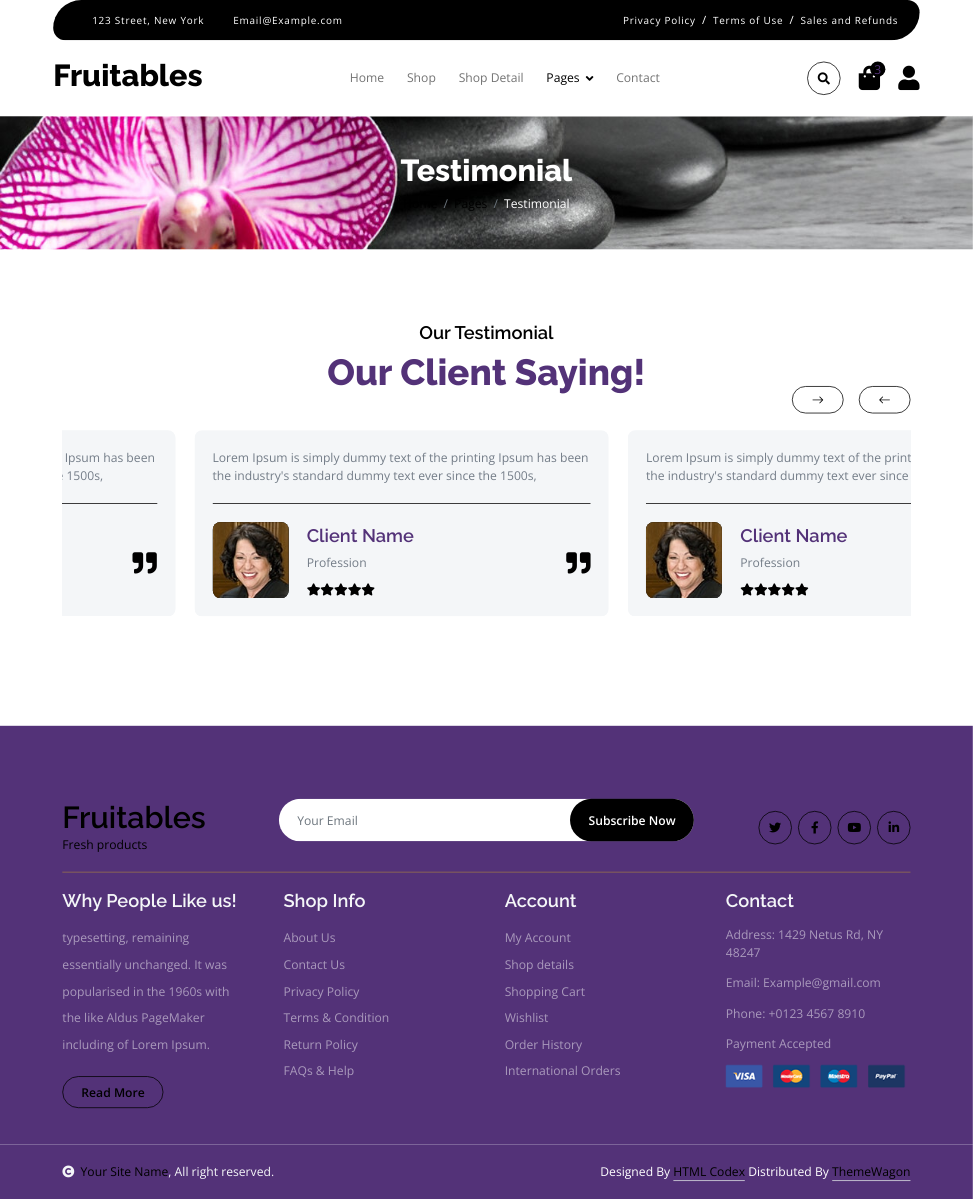
Repository: ChristhurasaRoshan/Maxiyux-New
Page: testimonial.html
The author's editor kept a copy of each file at every save. The page is drawn from the files as they stood at one save, then again after the next save.
The browser window is 1280 px wide. The pictures show the whole page, at 76% of full size.
Some web libraries are served in a nearby version.

Above is the page before, as saved 2024-10-07 13:43:56.

### testimonial.html
<!DOCTYPE html>
<html lang="en">

    <head>
        <meta charset="utf-8">
        <title>Fruitables - Vegetable Website Template</title>
        <meta content="width=device-width, initial-scale=1.0" name="viewport">
        <meta content="" name="keywords">
        <meta content="" name="description">

        <!-- Google Web Fonts -->
        <link rel="preconnect" href="https://fonts.googleapis.com">
        <link rel="preconnect" href="https://fonts.gstatic.com" crossorigin>
        <link href="https://fonts.googleapis.com/css2?family=Open+Sans:wght@400;600&family=Raleway:wght@600;800&display=swap" rel="stylesheet">

        <!-- Icon Font Stylesheet -->
        <link rel="stylesheet" href="https://use.fontawesome.com/releases/v5.15.4/css/all.css"/>
        <link href="https://cdn.jsdelivr.net/npm/bootstrap-icons@1.4.1/font/bootstrap-icons.css" rel="stylesheet">

        <!-- Libraries Stylesheet -->
        <link href="lib/lightbox/css/lightbox.min.css" rel="stylesheet">
        <link href="lib/owlcarousel/assets/owl.carousel.min.css" rel="stylesheet">


        <!-- Customized Bootstrap Stylesheet -->
        <link href="css/bootstrap.min.css" rel="stylesheet">

        <!-- Template Stylesheet -->
        <link href="css/style.css" rel="stylesheet">
    </head>

    <body>

        <!-- Spinner Start -->
        <div id="spinner" class="show w-100 vh-100 bg-white position-fixed translate-middle top-50 start-50  d-flex align-items-center justify-content-center">
            <div class="spinner-grow text-primary" role="status"></div>
        </div>
        <!-- Spinner End -->


        <!-- Navbar start -->
        <div class="container-fluid fixed-top">
            <div class="container topbar bg-primary d-none d-lg-block">
                <div class="d-flex justify-content-between">
                    <div class="top-info ps-2">
                        <small class="me-3"><i class="fas fa-map-marker-alt me-2 text-secondary"></i> <a href="#" class="text-white">123 Street, New York</a></small>
                        <small class="me-3"><i class="fas fa-envelope me-2 text-secondary"></i><a href="#" class="text-white">Email@Example.com</a></small>
                    </div>
                    <div class="top-link pe-2">
                        <a href="#" class="text-white"><small class="text-white mx-2">Privacy Policy</small>/</a>
                        <a href="#" class="text-white"><small class="text-white mx-2">Terms of Use</small>/</a>
                        <a href="#" class="text-white"><small class="text-white ms-2">Sales and Refunds</small></a>
                    </div>
                </div>
            </div>
            <div class="container px-0">
                <nav class="navbar navbar-light bg-white navbar-expand-xl">
                    <a href="index.html" class="navbar-brand"><h1 class="text-primary display-6">Fruitables</h1></a>
                    <button class="navbar-toggler py-2 px-3" type="button" data-bs-toggle="collapse" data-bs-target="#navbarCollapse">
                        <span class="fa fa-bars text-primary"></span>
                    </button>
                    <div class="collapse navbar-collapse bg-white" id="navbarCollapse">
                        <div class="navbar-nav mx-auto">
                            <a href="index.html" class="nav-item nav-link">Home</a>
                            <a href="shop.html" class="nav-item nav-link">Shop</a>
                            <a href="shop-detail.html" class="nav-item nav-link">Shop Detail</a>
                            <div class="nav-item dropdown">
                                <a href="#" class="nav-link dropdown-toggle active" data-bs-toggle="dropdown">Pages</a>
                                <div class="dropdown-menu m-0 bg-secondary rounded-0">
                                    <a href="cart.html" class="dropdown-item">Cart</a>
                                    <a href="chackout.html" class="dropdown-item">Chackout</a>
                                    <a href="testimonial.html" class="dropdown-item active">Testimonial</a>
                                    <a href="404.html" class="dropdown-item">404 Page</a>
                                </div>
                            </div>
                            <a href="contact.html" class="nav-item nav-link">Contact</a>
                        </div>
                        <div class="d-flex m-3 me-0">
                            <button class="btn-search btn border border-secondary btn-md-square rounded-circle bg-white me-4" data-bs-toggle="modal" data-bs-target="#searchModal"><i class="fas fa-search text-primary"></i></button>
                            <a href="#" class="position-relative me-4 my-auto">
                                <i class="fa fa-shopping-bag fa-2x"></i>
                                <span class="position-absolute bg-secondary rounded-circle d-flex align-items-center justify-content-center text-dark px-1" style="top: -5px; left: 15px; height: 20px; min-width: 20px;">3</span>
                            </a>
                            <a href="#" class="my-auto">
                                <i class="fas fa-user fa-2x"></i>
                            </a>
                        </div>
                    </div>
                </nav>
            </div>
        </div>
        <!-- Navbar End -->


        <!-- Modal Search Start -->
        <div class="modal fade" id="searchModal" tabindex="-1" aria-labelledby="exampleModalLabel" aria-hidden="true">
            <div class="modal-dialog modal-fullscreen">
                <div class="modal-content rounded-0">
                    <div class="modal-header">
                        <h5 class="modal-title" id="exampleModalLabel">Search by keyword</h5>
                        <button type="button" class="btn-close" data-bs-dismiss="modal" aria-label="Close"></button>
                    </div>
                    <div class="modal-body d-flex align-items-center">
                        <div class="input-group w-75 mx-auto d-flex">
                            <input type="search" class="form-control p-3" placeholder="keywords" aria-describedby="search-icon-1">
                            <span id="search-icon-1" class="input-group-text p-3"><i class="fa fa-search"></i></span>
                        </div>
                    </div>
                </div>
            </div>
        </div>
        <!-- Modal Search End -->


        <!-- Single Page Header start -->
        <div class="container-fluid page-header py-5">
            <h1 class="text-center text-white display-6">Testimonial</h1>
            <ol class="breadcrumb justify-content-center mb-0">
                <li class="breadcrumb-item"><a href="#">Home</a></li>
                <li class="breadcrumb-item"><a href="#">Pages</a></li>
                <li class="breadcrumb-item active text-white">Testimonial</li>
            </ol>
        </div>
        <!-- Single Page Header End -->


        <!-- Tastimonial Start -->
        <div class="container-fluid testimonial py-5">
            <div class="container py-5">
                <div class="testimonial-header text-center">
                    <h4 class="text-primary">Our Testimonial</h4>
                    <h1 class="display-5 mb-5 text-dark">Our Client Saying!</h1>
                </div>
                <div class="owl-carousel testimonial-carousel">
                    <div class="testimonial-item img-border-radius bg-light rounded p-4">
                        <div class="position-relative">
                            <i class="fa fa-quote-right fa-2x text-secondary position-absolute" style="bottom: 30px; right: 0;"></i>
                            <div class="mb-4 pb-4 border-bottom border-secondary">
                                <p class="mb-0">Lorem Ipsum is simply dummy text of the printing Ipsum has been the industry's standard dummy text ever since the 1500s,
                                </p>
                            </div>
                            <div class="d-flex align-items-center flex-nowrap">
                                <div class="bg-secondary rounded">
                                    <img src="img/testimonial-1.jpg" class="img-fluid rounded" style="width: 100px; height: 100px;" alt="">
                                </div>
                                <div class="ms-4 d-block">
                                    <h4 class="text-dark">Client Name</h4>
                                    <p class="m-0 pb-3">Profession</p>
                                    <div class="d-flex pe-5">
                                        <i class="fas fa-star text-primary"></i>
                                        <i class="fas fa-star text-primary"></i>
                                        <i class="fas fa-star text-primary"></i>
                                        <i class="fas fa-star text-primary"></i>
                                        <i class="fas fa-star"></i>
                                    </div>
                                </div>
                            </div>
                        </div>
                    </div>
                    <div class="testimonial-item img-border-radius bg-light rounded p-4">
                        <div class="position-relative">
                            <i class="fa fa-quote-right fa-2x text-secondary position-absolute" style="bottom: 30px; right: 0;"></i>
                            <div class="mb-4 pb-4 border-bottom border-secondary">
                                <p class="mb-0">Lorem Ipsum is simply dummy text of the printing Ipsum has been the industry's standard dummy text ever since the 1500s,
                                </p>
                            </div>
                            <div class="d-flex align-items-center flex-nowrap">
                                <div class="bg-secondary rounded">
                                    <img src="img/testimonial-1.jpg" class="img-fluid rounded" style="width: 100px; height: 100px;" alt="">
                                </div>
                                <div class="ms-4 d-block">
                                    <h4 class="text-dark">Client Name</h4>
                                    <p class="m-0 pb-3">Profession</p>
                                    <div class="d-flex pe-5">
                                        <i class="fas fa-star text-primary"></i>
                                        <i class="fas fa-star text-primary"></i>
                                        <i class="fas fa-star text-primary"></i>
                                        <i class="fas fa-star text-primary"></i>
                                        <i class="fas fa-star text-primary"></i>
                                    </div>
                                </div>
                            </div>
                        </div>
                    </div>
                    <div class="testimonial-item img-border-radius bg-light rounded p-4">
                        <div class="position-relative">
                            <i class="fa fa-quote-right fa-2x text-secondary position-absolute" style="bottom: 30px; right: 0;"></i>
                            <div class="mb-4 pb-4 border-bottom border-secondary">
                                <p class="mb-0">Lorem Ipsum is simply dummy text of the printing Ipsum has been the industry's standard dummy text ever since the 1500s,
                                </p>
                            </div>
                            <div class="d-flex align-items-center flex-nowrap">
                                <div class="bg-secondary rounded">
                                    <img src="img/testimonial-1.jpg" class="img-fluid rounded" style="width: 100px; height: 100px;" alt="">
                                </div>
                                <div class="ms-4 d-block">
                                    <h4 class="text-dark">Client Name</h4>
                                    <p class="m-0 pb-3">Profession</p>
                                    <div class="d-flex pe-5">
                                        <i class="fas fa-star text-primary"></i>
                                        <i class="fas fa-star text-primary"></i>
                                        <i class="fas fa-star text-primary"></i>
                                        <i class="fas fa-star text-primary"></i>
                                        <i class="fas fa-star text-primary"></i>
                                    </div>
                                </div>
                            </div>
                        </div>
                    </div>
                </div>
            </div>
        </div>
        <!-- Tastimonial End -->


        <!-- Footer Start -->
        <div class="container-fluid bg-dark text-white-50 footer pt-5 mt-5">
            <div class="container py-5">
                <div class="pb-4 mb-4" style="border-bottom: 1px solid rgba(226, 175, 24, 0.5) ;">
                    <div class="row g-4">
                        <div class="col-lg-3">
                            <a href="#">
                                <h1 class="text-primary mb-0">Fruitables</h1>
                                <p class="text-secondary mb-0">Fresh products</p>
                            </a>
                        </div>
                        <div class="col-lg-6">
                            <div class="position-relative mx-auto">
                                <input class="form-control border-0 w-100 py-3 px-4 rounded-pill" type="number" placeholder="Your Email">
                                <button type="submit" class="btn btn-primary border-0 border-secondary py-3 px-4 position-absolute rounded-pill text-white" style="top: 0; right: 0;">Subscribe Now</button>
                            </div>
                        </div>
                        <div class="col-lg-3">
                            <div class="d-flex justify-content-end pt-3">
                                <a class="btn  btn-outline-secondary me-2 btn-md-square rounded-circle" href=""><i class="fab fa-twitter"></i></a>
                                <a class="btn btn-outline-secondary me-2 btn-md-square rounded-circle" href=""><i class="fab fa-facebook-f"></i></a>
                                <a class="btn btn-outline-secondary me-2 btn-md-square rounded-circle" href=""><i class="fab fa-youtube"></i></a>
                                <a class="btn btn-outline-secondary btn-md-square rounded-circle" href=""><i class="fab fa-linkedin-in"></i></a>
                            </div>
                        </div>
                    </div>
                </div>
                <div class="row g-5">
                    <div class="col-lg-3 col-md-6">
                        <div class="footer-item">
                            <h4 class="text-light mb-3">Why People Like us!</h4>
                            <p class="mb-4">typesetting, remaining essentially unchanged. It was
                                popularised in the 1960s with the like Aldus PageMaker including of Lorem Ipsum.</p>
                            <a href="" class="btn border-secondary py-2 px-4 rounded-pill text-primary">Read More</a>
                        </div>
                    </div>
                    <div class="col-lg-3 col-md-6">
                        <div class="d-flex flex-column text-start footer-item">
                            <h4 class="text-light mb-3">Shop Info</h4>
                            <a class="btn-link" href="">About Us</a>
                            <a class="btn-link" href="">Contact Us</a>
                            <a class="btn-link" href="">Privacy Policy</a>
                            <a class="btn-link" href="">Terms & Condition</a>
                            <a class="btn-link" href="">Return Policy</a>
                            <a class="btn-link" href="">FAQs & Help</a>
                        </div>
                    </div>
                    <div class="col-lg-3 col-md-6">
                        <div class="d-flex flex-column text-start footer-item">
                            <h4 class="text-light mb-3">Account</h4>
                            <a class="btn-link" href="">My Account</a>
                            <a class="btn-link" href="">Shop details</a>
                            <a class="btn-link" href="">Shopping Cart</a>
                            <a class="btn-link" href="">Wishlist</a>
                            <a class="btn-link" href="">Order History</a>
                            <a class="btn-link" href="">International Orders</a>
                        </div>
                    </div>
                    <div class="col-lg-3 col-md-6">
                        <div class="footer-item">
                            <h4 class="text-light mb-3">Contact</h4>
                            <p>Address: 1429 Netus Rd, NY 48247</p>
                            <p>Email: Example@gmail.com</p>
                            <p>Phone: +0123 4567 8910</p>
                            <p>Payment Accepted</p>
                            <img src="img/payment.png" class="img-fluid" alt="">
                        </div>
                    </div>
                </div>
            </div>
        </div>
        <!-- Footer End -->

        <!-- Copyright Start -->
        <div class="container-fluid copyright bg-dark py-4">
            <div class="container">
                <div class="row">
                    <div class="col-md-6 text-center text-md-start mb-3 mb-md-0">
                        <span class="text-light"><a href="#"><i class="fas fa-copyright text-light me-2"></i>Your Site Name</a>, All right reserved.</span>
                    </div>
                    <div class="col-md-6 my-auto text-center text-md-end text-white">
                        <!--/*** This template is free as long as you keep the below author’s credit link/attribution link/backlink. ***/-->
                        <!--/*** If you'd like to use the template without the below author’s credit link/attribution link/backlink, ***/-->
                        <!--/*** you can purchase the Credit Removal License from "https://htmlcodex.com/credit-removal". ***/-->
                        Designed By <a class="border-bottom" href="https://htmlcodex.com">HTML Codex</a> Distributed By <a class="border-bottom" href="https://themewagon.com">ThemeWagon</a>
                    </div>
                </div>
            </div>
        </div>
        <!-- Copyright End -->



        <!-- Back to Top -->
        <a href="#" class="btn btn-primary border-3 border-primary rounded-circle back-to-top"><i class="fa fa-arrow-up"></i></a>


    <!-- JavaScript Libraries -->
    <script src="https://ajax.googleapis.com/ajax/libs/jquery/3.6.4/jquery.min.js"></script>
    <script src="https://cdn.jsdelivr.net/npm/bootstrap@5.0.0/dist/js/bootstrap.bundle.min.js"></script>
    <script src="lib/easing/easing.min.js"></script>
    <script src="lib/waypoints/waypoints.min.js"></script>
    <script src="lib/lightbox/js/lightbox.min.js"></script>
    <script src="lib/owlcarousel/owl.carousel.min.js"></script>

    <!-- Template Javascript -->
    <script src="js/main.js"></script>
    </body>

</html>

Loaded but not shown: lib/lightbox/css/lightbox.min.css (common file); lib/owlcarousel/assets/owl.carousel.min.css (common file); css/bootstrap.min.css (library); lib/easing/easing.min.js (common file); lib/waypoints/waypoints.min.js (library); lib/lightbox/js/lightbox.min.js (library); lib/owlcarousel/owl.carousel.min.js (library); js/main.js (150 lines, source omitted); css/style.css (633 lines, source omitted)

After the next save:
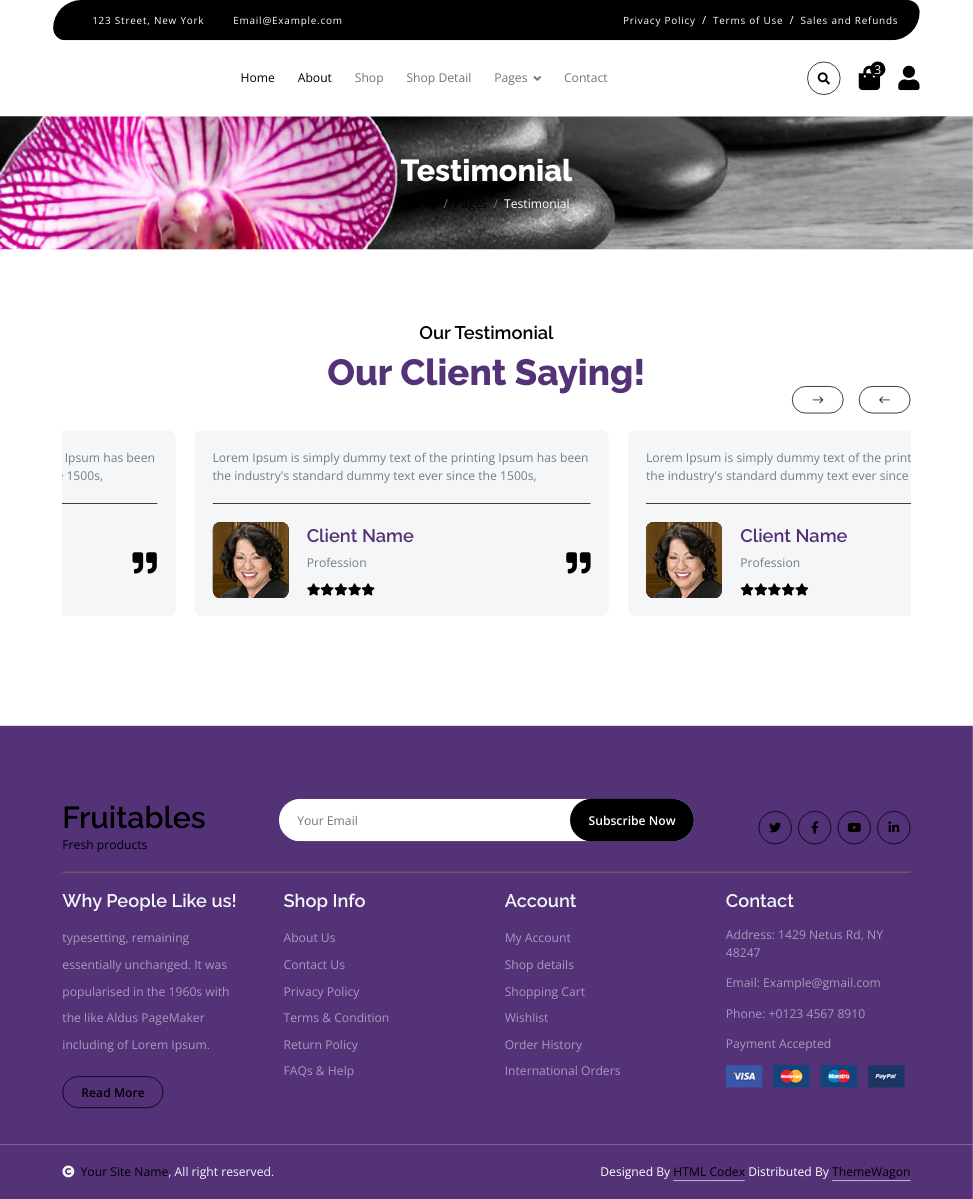
Saved 8 s later.
--- a/testimonial.html
+++ b/testimonial.html
@@ -55,22 +55,23 @@
             </div>
             <div class="container px-0">
                 <nav class="navbar navbar-light bg-white navbar-expand-xl">
-                    <a href="index.html" class="navbar-brand"><h1 class="text-primary display-6">Fruitables</h1></a>
+                    <!-- <img src="img/logo.png"> -->
                     <button class="navbar-toggler py-2 px-3" type="button" data-bs-toggle="collapse" data-bs-target="#navbarCollapse">
                         <span class="fa fa-bars text-primary"></span>
                     </button>
                     <div class="collapse navbar-collapse bg-white" id="navbarCollapse">
                         <div class="navbar-nav mx-auto">
-                            <a href="index.html" class="nav-item nav-link">Home</a>
+                            <a href="index.html" class="nav-item nav-link active">Home</a>
+                            <a href="about.html" class="nav-item nav-link active">About</a>
                             <a href="shop.html" class="nav-item nav-link">Shop</a>
                             <a href="shop-detail.html" class="nav-item nav-link">Shop Detail</a>
                             <div class="nav-item dropdown">
-                                <a href="#" class="nav-link dropdown-toggle active" data-bs-toggle="dropdown">Pages</a>
+                                <a href="#" class="nav-link dropdown-toggle" data-bs-toggle="dropdown">Pages</a>
                                 <div class="dropdown-menu m-0 bg-secondary rounded-0">
                                     <a href="cart.html" class="dropdown-item">Cart</a>
                                     <a href="chackout.html" class="dropdown-item">Chackout</a>
-                                    <a href="testimonial.html" class="dropdown-item active">Testimonial</a>
-                                    <a href="404.html" class="dropdown-item">404 Page</a>
+                                    <a href="testimonial.html" class="dropdown-item">Testimonial</a>
+                                    <!-- <a href="404.html" class="dropdown-item">404 Page</a> -->
                                 </div>
                             </div>
                             <a href="contact.html" class="nav-item nav-link">Contact</a>
@@ -79,7 +80,7 @@
                             <button class="btn-search btn border border-secondary btn-md-square rounded-circle bg-white me-4" data-bs-toggle="modal" data-bs-target="#searchModal"><i class="fas fa-search text-primary"></i></button>
                             <a href="#" class="position-relative me-4 my-auto">
                                 <i class="fa fa-shopping-bag fa-2x"></i>
-                                <span class="position-absolute bg-secondary rounded-circle d-flex align-items-center justify-content-center text-dark px-1" style="top: -5px; left: 15px; height: 20px; min-width: 20px;">3</span>
+                                <span class="position-absolute bg-secondary rounded-circle d-flex align-items-center justify-content-center text-white px-1" style="top: -5px; left: 15px; height: 20px; min-width: 20px;">3</span>
                             </a>
                             <a href="#" class="my-auto">
                                 <i class="fas fa-user fa-2x"></i>
